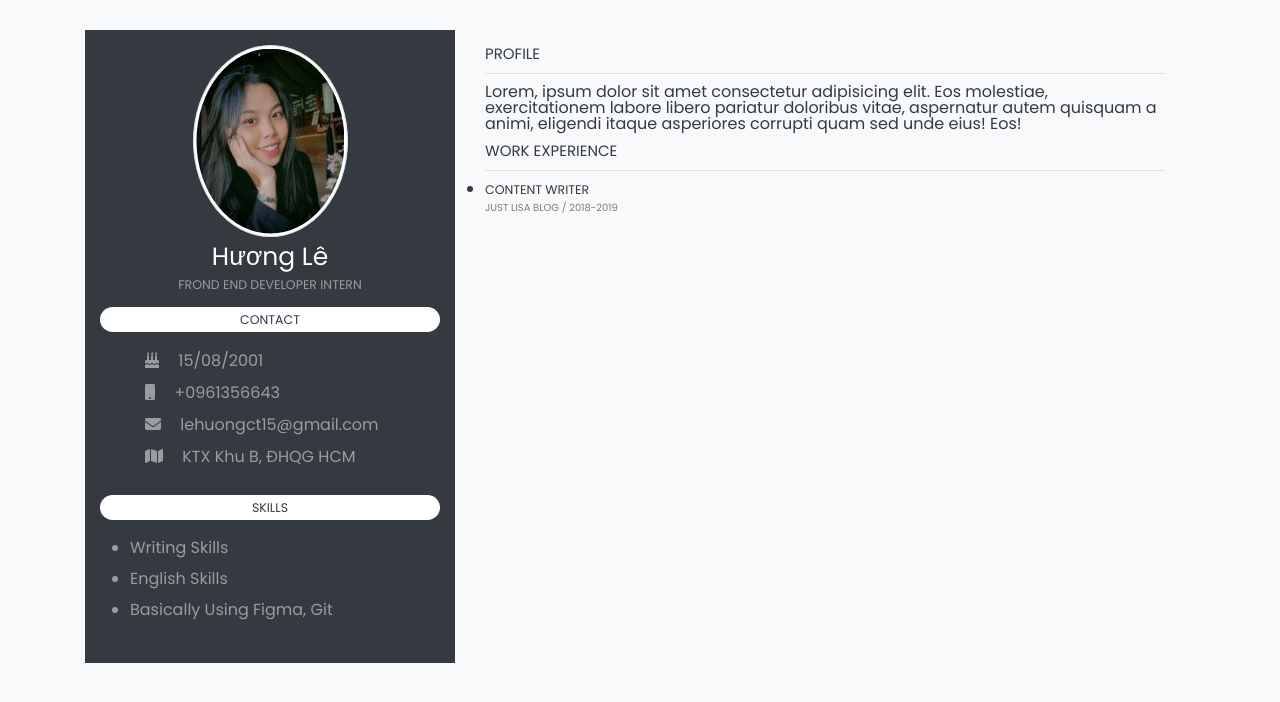
Repository: huongle158/cvhuongle
Page: index.html
These files come from the project's save history. The page is drawn as it stood at one moment and after the next save; the edit follows.
The browser window is 1280 px wide. The pictures show the whole page.
Some web libraries are served in a nearby version.

Above is the page before, as saved 2021-12-12 23:45:31.

After the next save:
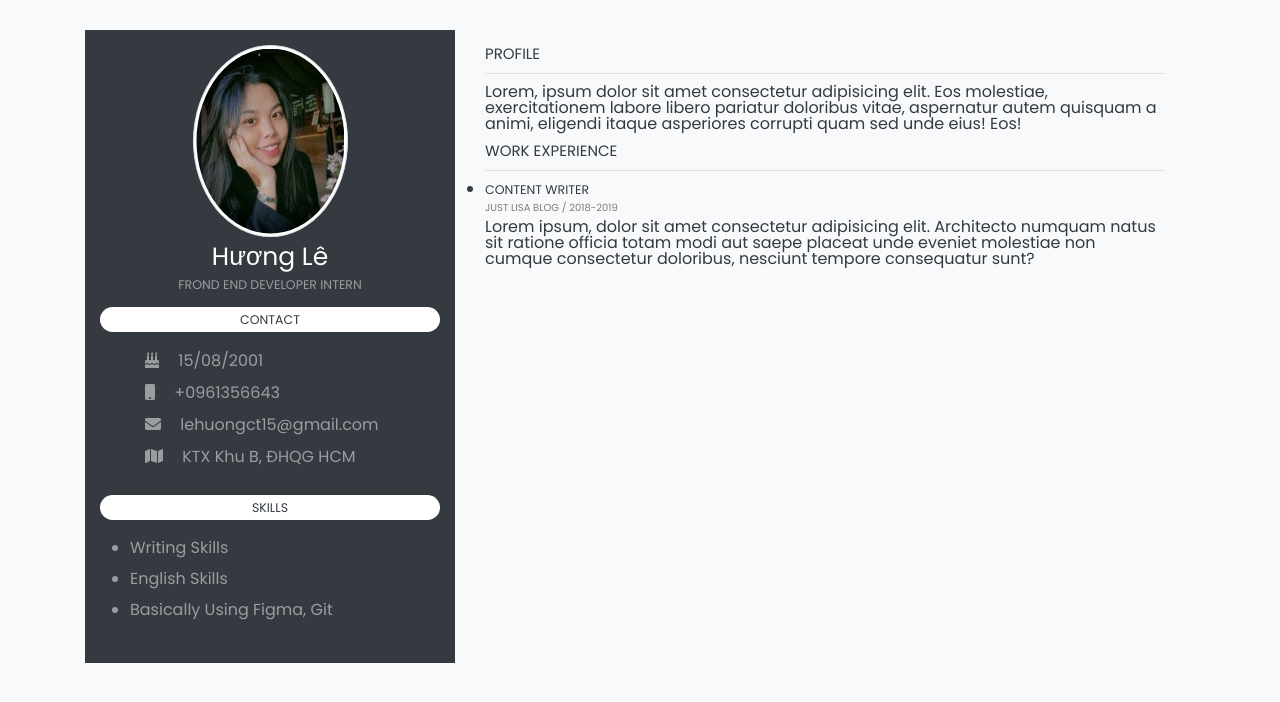
Saved 38 s later.
--- a/index.html
+++ b/index.html
@@ -87,6 +87,7 @@
                 <li class="list-item mb-4">
                     <h5 class="display-6 text-uppercase">Content Writer</h5>
                     <h6 class="text-uppercase text-black-50">Just Lisa blog  / 2018-2019</h6>
+                    <p>Lorem ipsum, dolor sit amet consectetur adipisicing elit. Architecto numquam natus sit ratione officia totam modi aut saepe placeat unde eveniet molestiae non cumque consectetur doloribus, nesciunt tempore consequatur sunt?</p>
                 </li>
 
               </ul>
